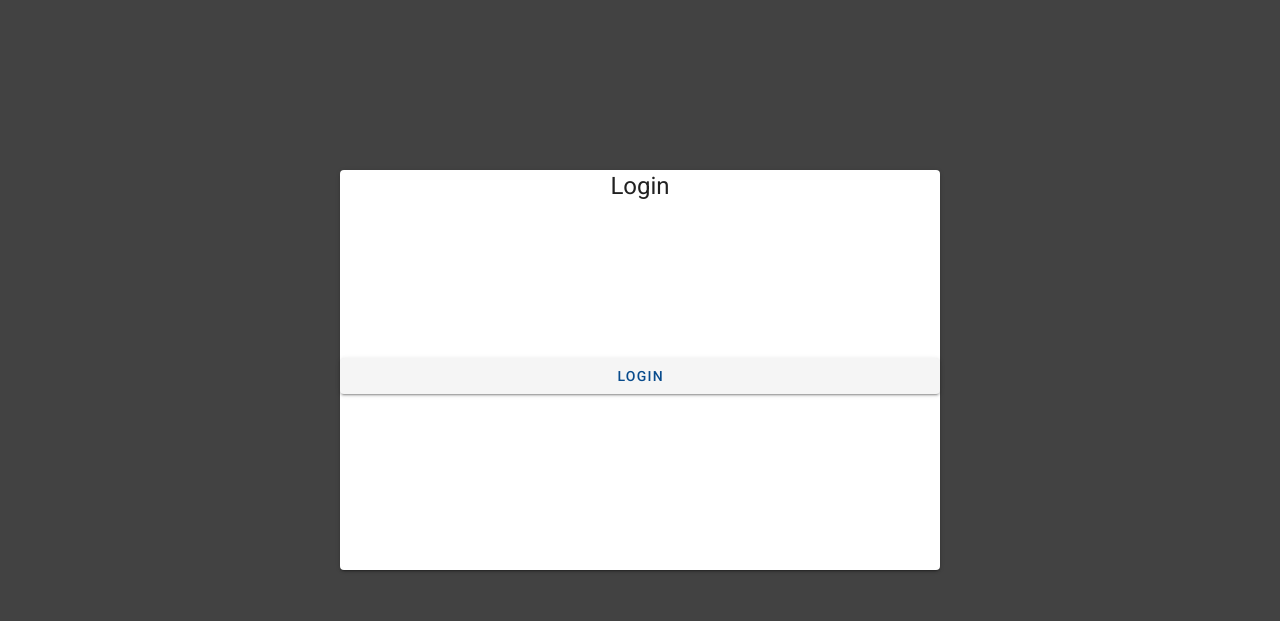
Repository: Grace229/Login
Page: /
An editor plug-in stored every save of this project. The page is shown before and after the next save, followed by the edit.
The browser window is 1280 px wide. The pictures show the whole page.
The project was rebuilt for these pictures with package versions that can differ from the ones it lists, and the page was loaded fresh each time. Also part of the build but not shown: vue.config.js. Imported but missing from the stored project, and not drawn on this page: src/views/About.vue.

Above is the page before, as saved 2021-02-15 16:43:45.

After the next save:
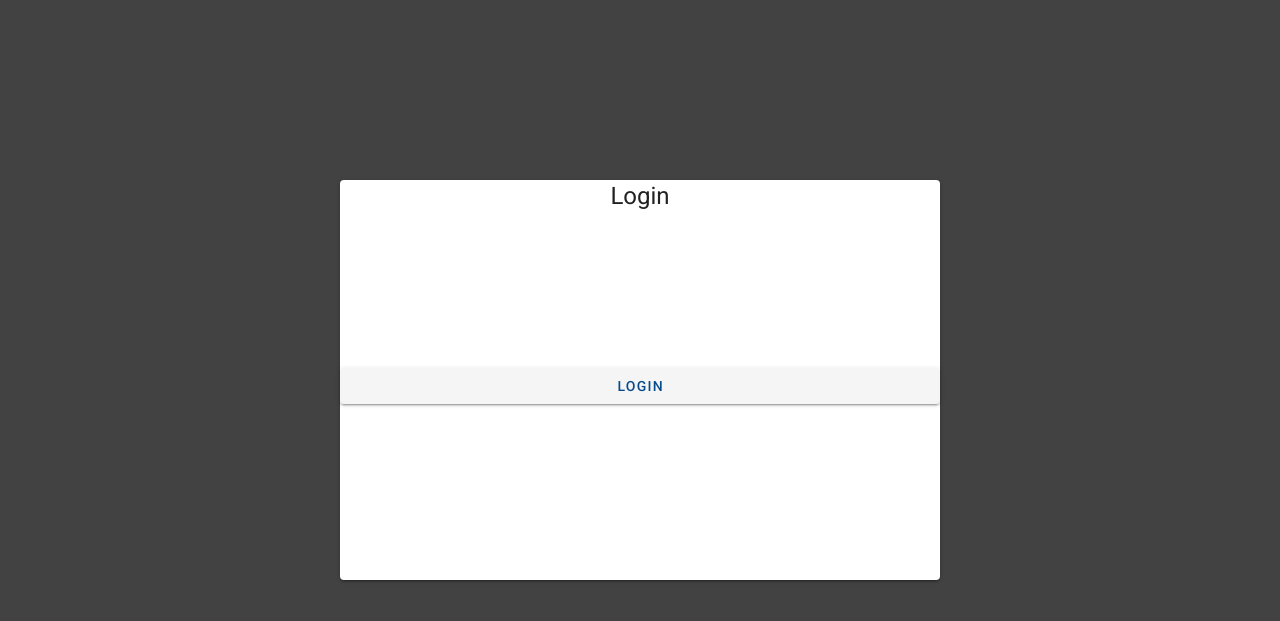
Saved 20 s later.
--- a/src/views/Home.vue
+++ b/src/views/Home.vue
@@ -6,7 +6,7 @@
     <v-container>
       <v-card class="mx-auto" max-width="600" height="400">
         <header>
-          <div class="headline text-center mt-5">
+          <div class="headline text-center mt-10">
             Login
           </div>
         </header>
